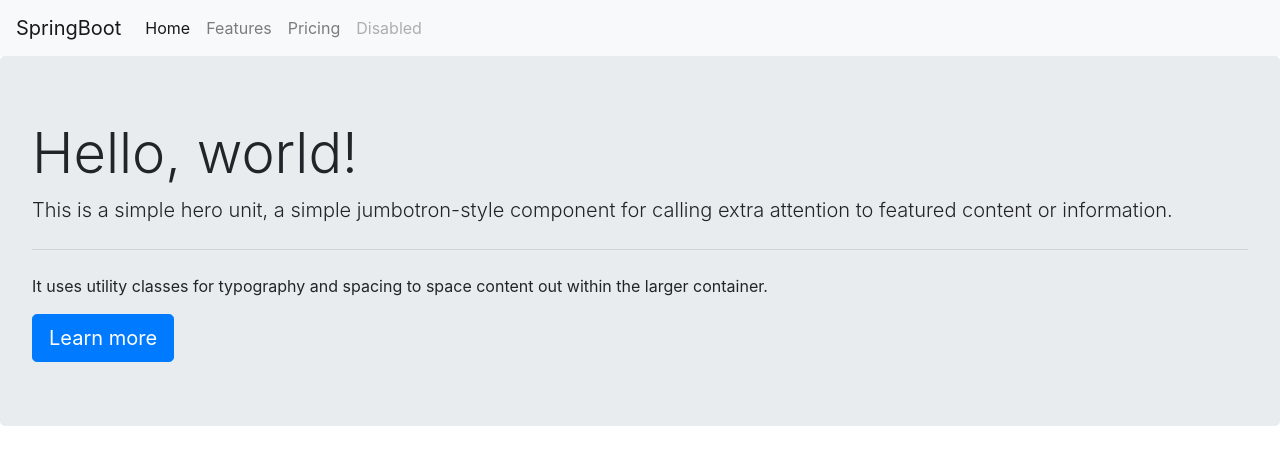
Repository: Nilda-hub/HTML
Page: http://localhost/index
An editor plug-in stored every save of this project. The page is shown before and after the next save, followed by the edit.
The browser window is 1280 px wide. The pictures show the whole page.
The page is this project's Thymeleaf template; nobody is signed in. The template is opened directly, without the code that normally fills it, so the values that code supplies are empty.

Above is the page before, as saved 2021-10-22 03:40:33.

### Springboot-Workspace/demo/src/main/resources/templates/index.html
<!DOCTYPE html>
<html lang="es">
  <head>
    <link th:href="@{/css/bootstrap.css}" rel="stylesheet" href="../static/css/bootstrap.css">
    <script th:src="@{/js/jquery.js}" src="../static/js/jquery.js"></script>
    <script th:src="@{/js/bootstrap.js}" src="../static/js/bootstrap.js"></script>
    <title>Curso Spring Boot</title>
  </head>
  <body>
    <nav class="navbar navbar-expand-lg navbar-light bg-light">
    <a class="navbar-brand" href="#">SpringBoot</a>
    <button class="navbar-toggler" type="button" data-toggle="collapse" data-target="#navbarNavAltMarkup" aria-controls="navbarNavAltMarkup" aria-expanded="false" aria-label="Toggle navigation">
      <span class="navbar-toggler-icon"></span>
    </button>
    <div class="collapse navbar-collapse" id="navbarNavAltMarkup">
      <div class="navbar-nav">
        <a class="nav-item nav-link active" href="#">Home <span class="sr-only">(current)</span></a>
        <a class="nav-item nav-link" href="#">Features</a>
        <a class="nav-item nav-link" href="#">Pricing</a>
        <a class="nav-item nav-link disabled" href="#" tabindex="-1" aria-disabled="true">Disabled</a>
      </div>
    </div>
  </nav>
  <div class="jumbotron">
  <h1 class="display-4">Hello, world!</h1>
  <p class="lead">This is a simple hero unit, a simple jumbotron-style component for calling extra attention to featured content or information.</p>
  <hr class="my-4">
  <p>It uses utility classes for typography and spacing to space content out within the larger container.</p>
  <a class="btn btn-primary btn-lg" href="#" role="button">Learn more</a>
</div>
  </body>
</html>

Loaded but not shown: Springboot-Workspace/demo/src/main/resources/static/css/bootstrap.css (library); Springboot-Workspace/demo/src/main/resources/static/js/jquery.js (library); Springboot-Workspace/demo/src/main/resources/static/js/bootstrap.js (library)

After the next save:
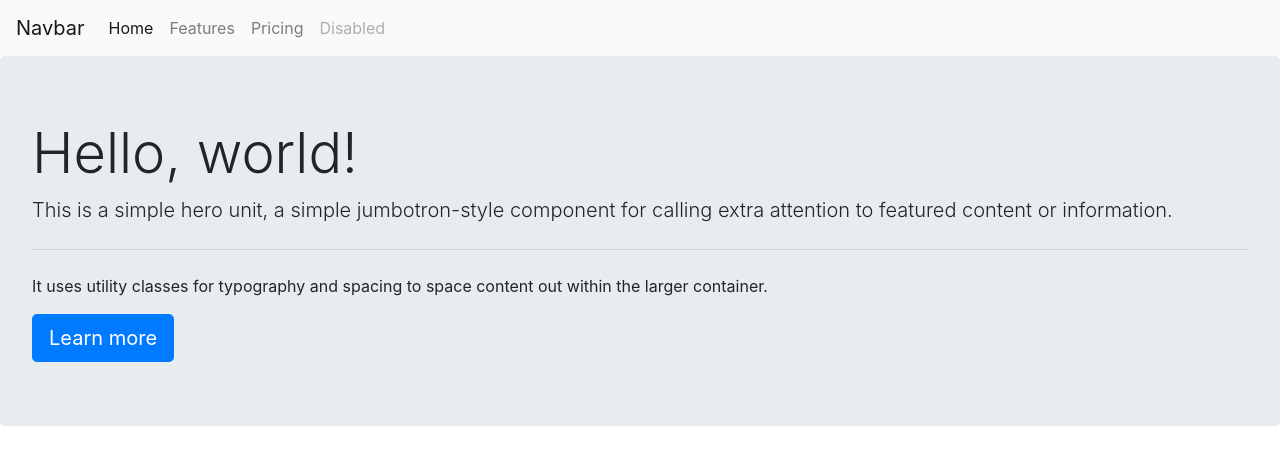
Saved 10 min 8 s later.
--- a/Springboot-Workspace/demo/src/main/resources/templates/index.html
+++ b/Springboot-Workspace/demo/src/main/resources/templates/index.html
@@ -7,20 +7,28 @@
     <title>Curso Spring Boot</title>
   </head>
   <body>
-    <nav class="navbar navbar-expand-lg navbar-light bg-light">
-    <a class="navbar-brand" href="#">SpringBoot</a>
-    <button class="navbar-toggler" type="button" data-toggle="collapse" data-target="#navbarNavAltMarkup" aria-controls="navbarNavAltMarkup" aria-expanded="false" aria-label="Toggle navigation">
-      <span class="navbar-toggler-icon"></span>
-    </button>
-    <div class="collapse navbar-collapse" id="navbarNavAltMarkup">
-      <div class="navbar-nav">
-        <a class="nav-item nav-link active" href="#">Home <span class="sr-only">(current)</span></a>
-        <a class="nav-item nav-link" href="#">Features</a>
-        <a class="nav-item nav-link" href="#">Pricing</a>
-        <a class="nav-item nav-link disabled" href="#" tabindex="-1" aria-disabled="true">Disabled</a>
-      </div>
-    </div>
-  </nav>
+   <nav class="navbar navbar-expand-lg navbar-light bg-light">
+  <a class="navbar-brand" href="#">Navbar</a>
+  <button class="navbar-toggler" type="button" data-toggle="collapse" data-target="#navbarNav" aria-controls="navbarNav" aria-expanded="false" aria-label="Toggle navigation">
+    <span class="navbar-toggler-icon"></span>
+  </button>
+  <div class="collapse navbar-collapse" id="navbarNav">
+    <ul class="navbar-nav">
+      <li class="nav-item active">
+        <a class="nav-link" href="#">Home <span class="sr-only">(current)</span></a>
+      </li>
+      <li class="nav-item">
+        <a class="nav-link" href="#">Features</a>
+      </li>
+      <li class="nav-item">
+        <a class="nav-link" href="#">Pricing</a>
+      </li>
+      <li class="nav-item">
+        <a class="nav-link disabled" href="#" tabindex="-1" aria-disabled="true">Disabled</a>
+      </li>
+    </ul>
+  </div>
+</nav>
   <div class="jumbotron">
   <h1 class="display-4">Hello, world!</h1>
   <p class="lead">This is a simple hero unit, a simple jumbotron-style component for calling extra attention to featured content or information.</p>
